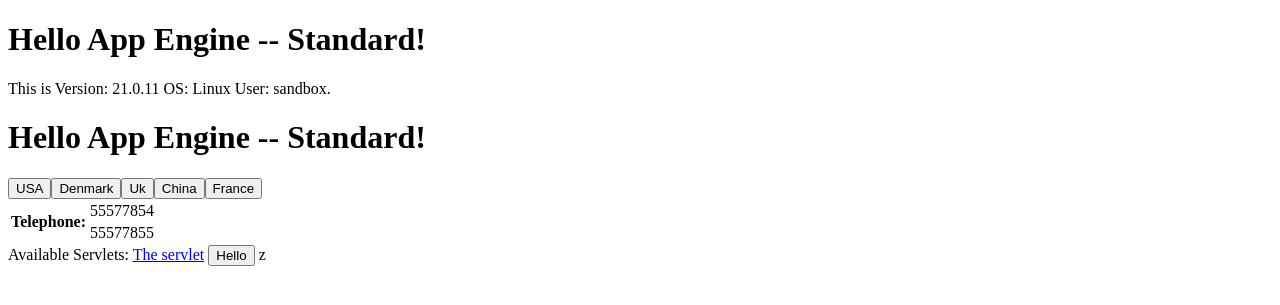
Repository: isauraAlmar/App-Engine-and-Internationalization-with-Java
Page: http://localhost/Marven/
The author's editor kept a copy of each file at every save. The page is drawn from the files as they stood at one save, then again after the next save.
The browser window is 1280 px wide. The pictures show the whole page.
Some web fonts or font styles are not loaded; a fallback is used. The page is served by Tomcat 9.

Above is the page before, as saved 2017-05-04 10:32:37.

After the next save:
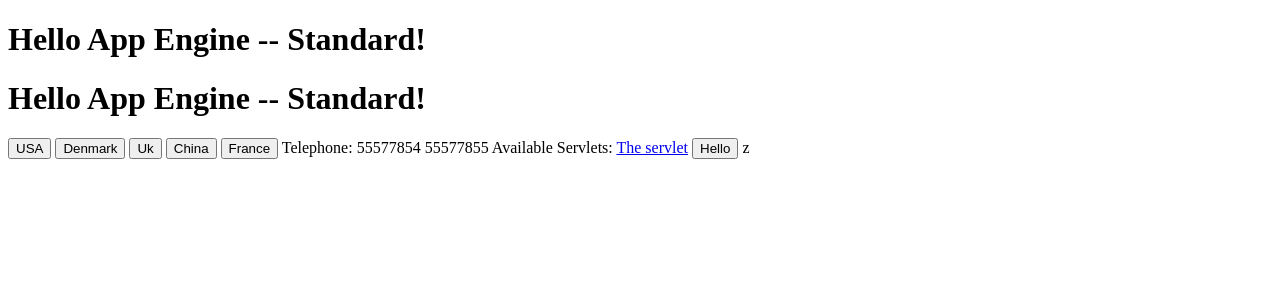
Saved 25 s later.
--- a/Marven/src/main/webapp/index.jsp
+++ b/Marven/src/main/webapp/index.jsp
@@ -26,8 +26,6 @@
 <body>
     <h1>Hello App Engine -- Standard!</h1>
 
-  <p>This is <%= HelloInfo.getInfo() %>.</p>
-  <table>
 
   <h1>Hello App Engine -- Standard!</h1>
 
